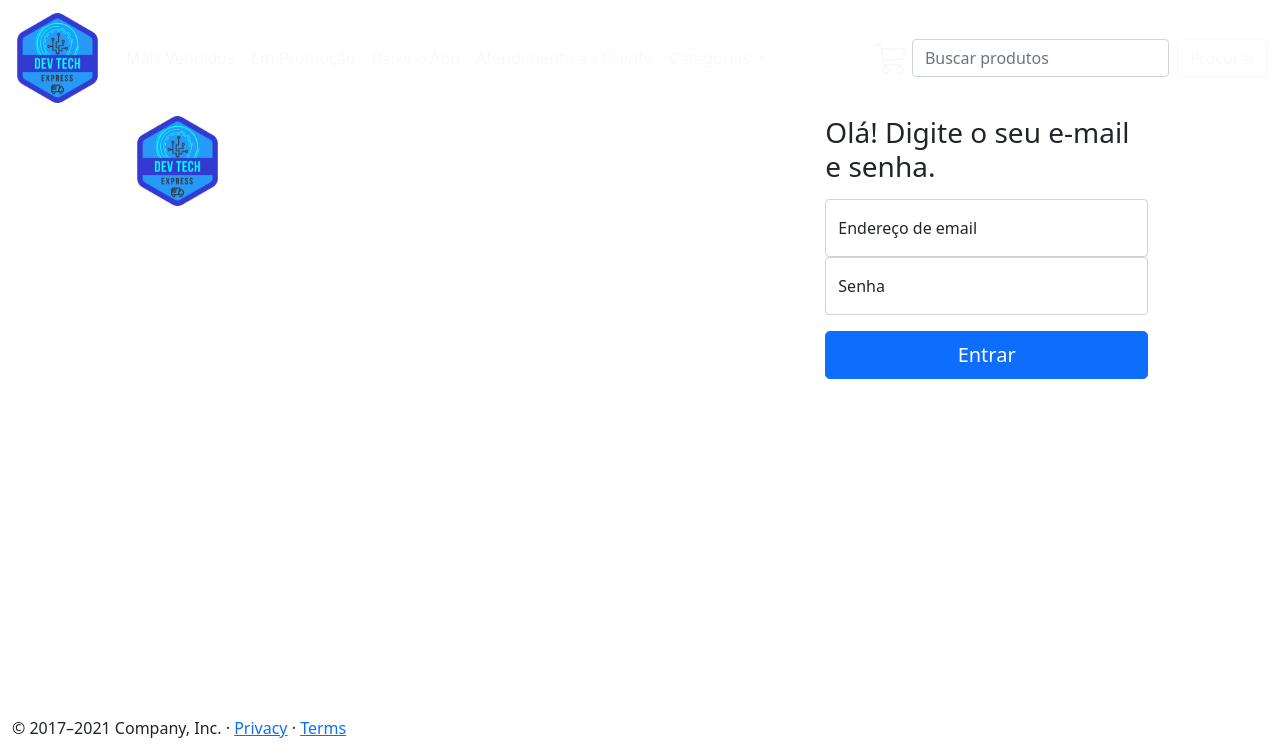
Repository: dantas-barreto/trabalho-interdisciplinar-IDW-IAP
Page: signin copy.html
The author's editor kept a copy of each file at every save. The page is drawn from the files as they stood at one save, then again after the next save.
The browser window is 1280 px wide. The pictures show the whole page.
Some web libraries are served in a nearby version.

Above is the page before, as saved 2021-11-30 20:38:32.

After the next save:
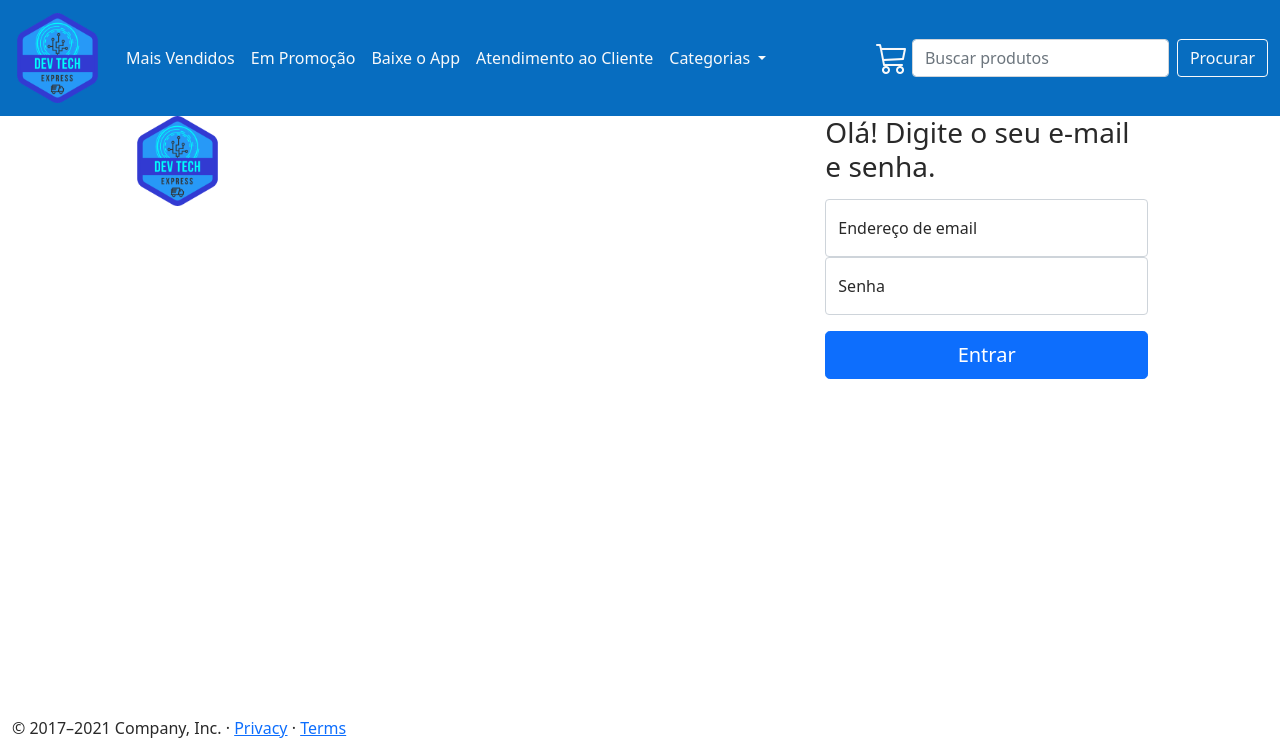
Saved 39 s later.
--- a/signin copy.html
+++ b/signin copy.html
@@ -14,6 +14,7 @@
       href="https://cdn.jsdelivr.net/npm/bootstrap-icons@1.7.1/font/bootstrap-icons.css"
     />
     <link rel="shortcut icon" href="img/favicon.ico" type="image/x-icon" />
+    <link rel="stylesheet" href="css/globalStyle.css" />
     <title>Cadastre-se Agora | DevTech Express</title>
   </head>
   <body>
